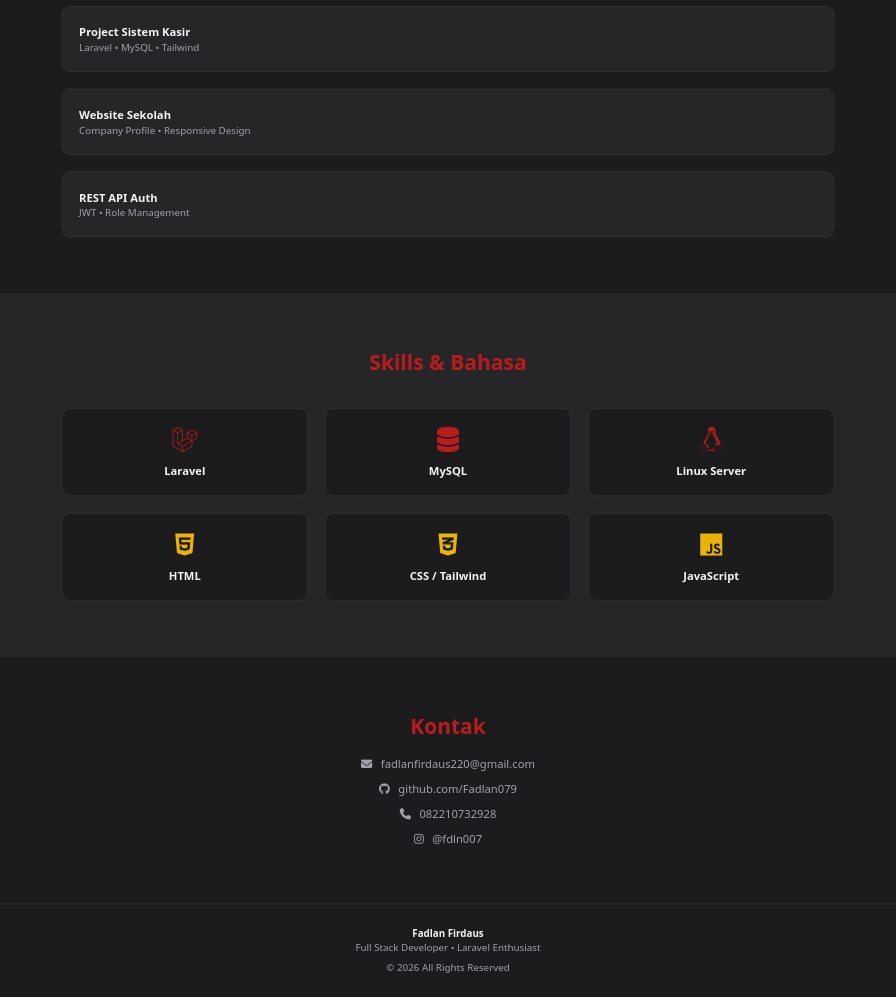
Repository: Fadlan079/Personal-Portfolio
Page: http://localhost/
An editor plug-in stored every save of this project. The page is shown before and after the next save, followed by the edit.
The browser window is 1280 px wide. The pictures show the part of the page from y = 1147 to 3067 px (the page is 2571 px tall before and 3067 px after), at 70% of full size.
Some web libraries are served in a nearby version. The page is served by the project's Laravel application, run on PHP 8.4 with Laravel 12.

Above is the page before, as saved 2026-01-14 14:13:43.

After the next save:
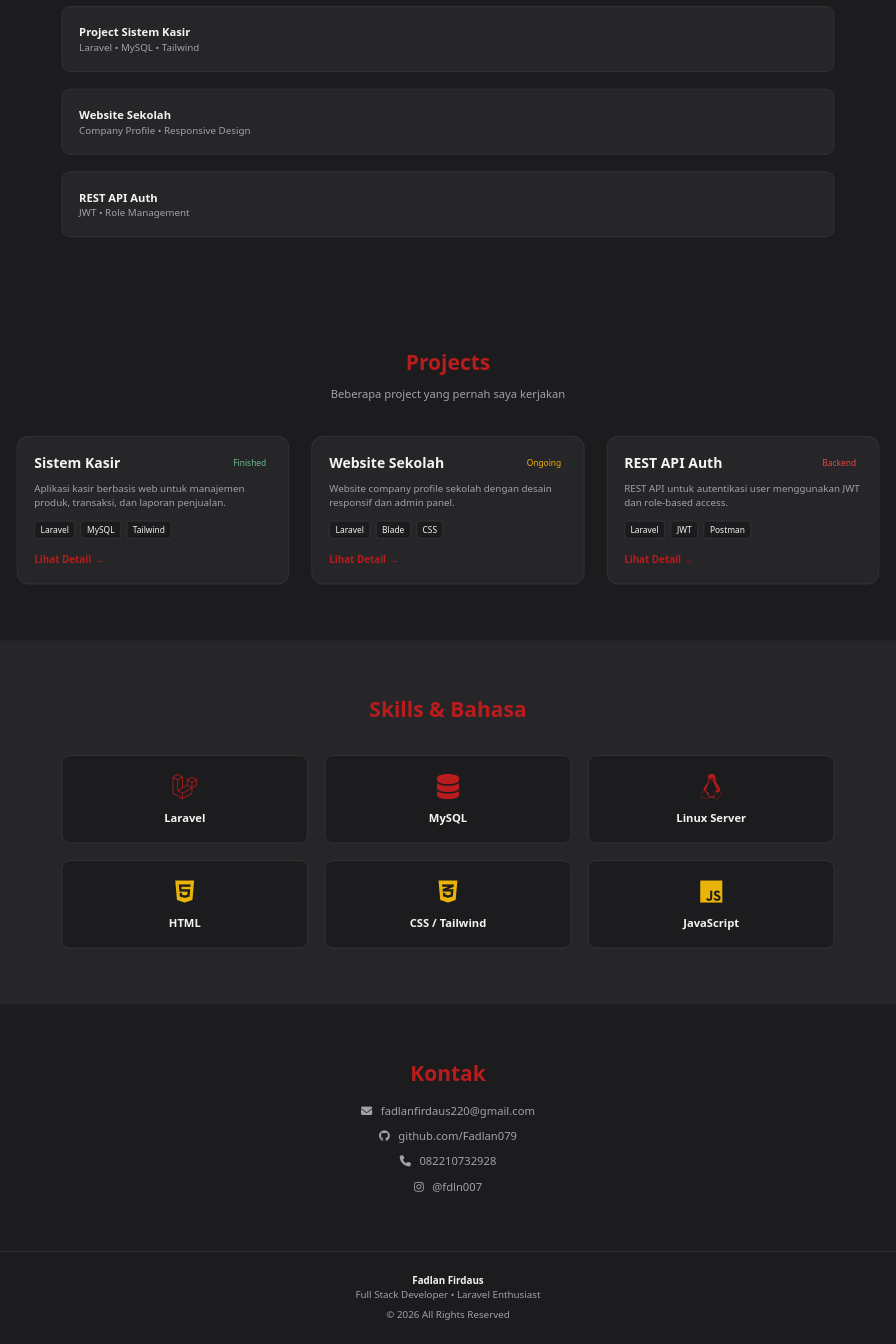
Saved 117 s later.
--- a/resources/views/portofolio.blade.php
+++ b/resources/views/portofolio.blade.php
@@ -133,6 +133,98 @@
   </div>
 </section>
 
+<!-- Projects -->
+<section id="projects" class="py-20 bg-bg">
+  <div class="max-w-7xl mx-auto px-6">
+    <h3 class="text-3xl font-bold text-center mb-4 text-primary">Projects</h3>
+    <p class="text-muted text-center mb-12">
+      Beberapa project yang pernah saya kerjakan
+    </p>
+
+    <div class="grid md:grid-cols-3 gap-8">
+
+      <!-- Project Card -->
+      <div class="bg-surface border border-border rounded-2xl p-6 hover:-translate-y-2 transition">
+        <div class="flex justify-between items-center mb-3">
+          <h4 class="text-xl font-semibold">Sistem Kasir</h4>
+          <span class="text-xs px-2 py-1 rounded bg-success/20 text-success">
+            Finished
+          </span>
+        </div>
+
+        <p class="text-muted text-sm mb-4">
+          Aplikasi kasir berbasis web untuk manajemen produk, transaksi,
+          dan laporan penjualan.
+        </p>
+
+        <!-- Tech Stack -->
+        <div class="flex flex-wrap gap-2 text-xs mb-4">
+          <span class="px-2 py-1 bg-bg border border-border rounded">Laravel</span>
+          <span class="px-2 py-1 bg-bg border border-border rounded">MySQL</span>
+          <span class="px-2 py-1 bg-bg border border-border rounded">Tailwind</span>
+        </div>
+
+        <!-- Action -->
+        <a href="#" class="text-primary text-sm font-semibold hover:underline">
+          Lihat Detail →
+        </a>
+      </div>
+
+      <!-- Project Card -->
+      <div class="bg-surface border border-border rounded-2xl p-6 hover:-translate-y-2 transition">
+        <div class="flex justify-between items-center mb-3">
+          <h4 class="text-xl font-semibold">Website Sekolah</h4>
+          <span class="text-xs px-2 py-1 rounded bg-warning/20 text-warning">
+            Ongoing
+          </span>
+        </div>
+
+        <p class="text-muted text-sm mb-4">
+          Website company profile sekolah dengan desain responsif
+          dan admin panel.
+        </p>
+
+        <div class="flex flex-wrap gap-2 text-xs mb-4">
+          <span class="px-2 py-1 bg-bg border border-border rounded">Laravel</span>
+          <span class="px-2 py-1 bg-bg border border-border rounded">Blade</span>
+          <span class="px-2 py-1 bg-bg border border-border rounded">CSS</span>
+        </div>
+
+        <a href="#" class="text-primary text-sm font-semibold hover:underline">
+          Lihat Detail →
+        </a>
+      </div>
+
+      <!-- Project Card -->
+      <div class="bg-surface border border-border rounded-2xl p-6 hover:-translate-y-2 transition">
+        <div class="flex justify-between items-center mb-3">
+          <h4 class="text-xl font-semibold">REST API Auth</h4>
+          <span class="text-xs px-2 py-1 rounded bg-danger/20 text-danger">
+            Backend
+          </span>
+        </div>
+
+        <p class="text-muted text-sm mb-4">
+          REST API untuk autentikasi user menggunakan JWT
+          dan role-based access.
+        </p>
+
+        <div class="flex flex-wrap gap-2 text-xs mb-4">
+          <span class="px-2 py-1 bg-bg border border-border rounded">Laravel</span>
+          <span class="px-2 py-1 bg-bg border border-border rounded">JWT</span>
+          <span class="px-2 py-1 bg-bg border border-border rounded">Postman</span>
+        </div>
+
+        <a href="#" class="text-primary text-sm font-semibold hover:underline">
+          Lihat Detail →
+        </a>
+      </div>
+
+    </div>
+  </div>
+</section>
+
+
 <!-- Skills -->
 <section id="skills" class="py-20 bg-surface">
   <div class="max-w-6xl mx-auto px-6">
